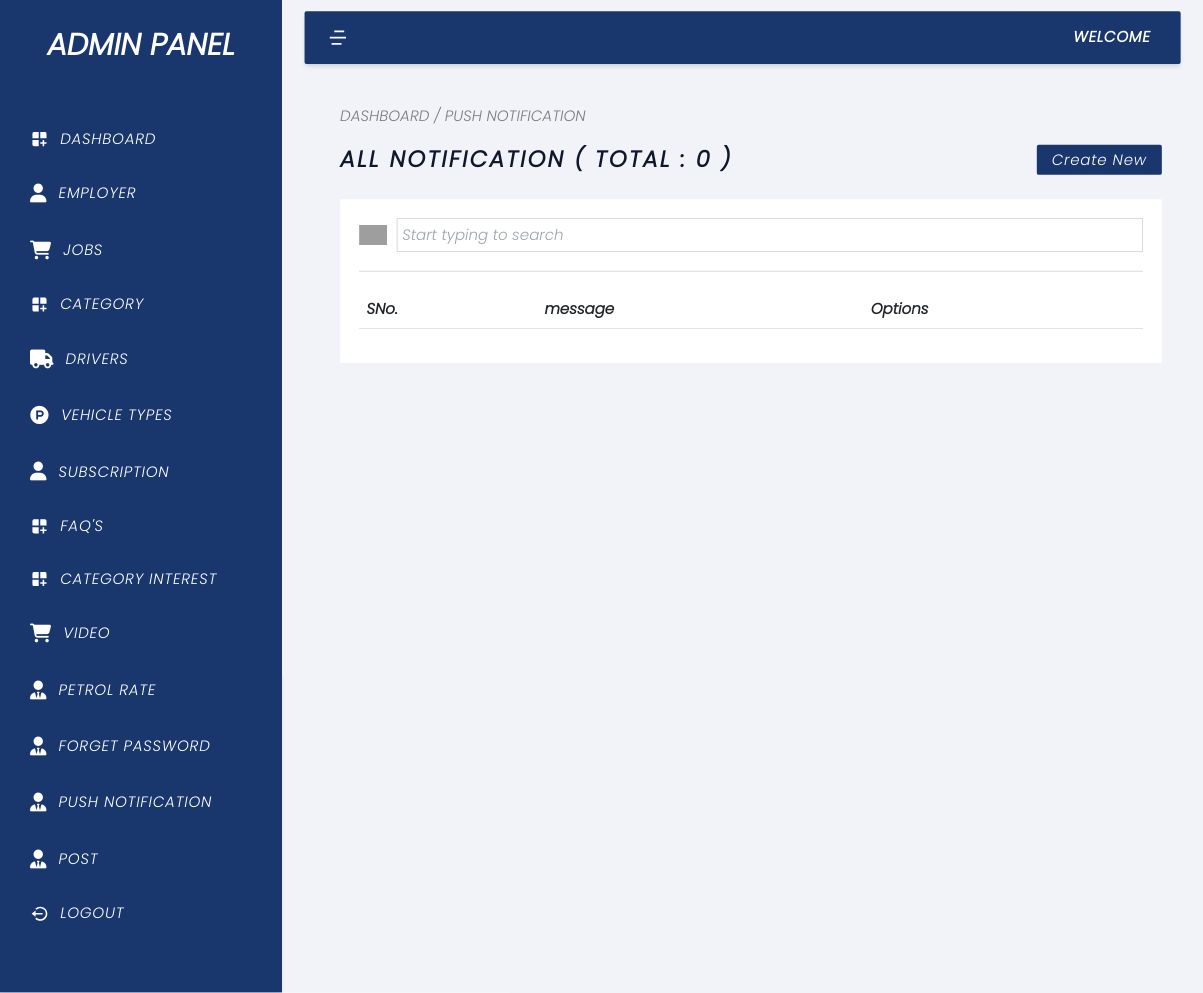
Repository: FlyweisReact/Grish-Job-Panel
Page: /notification
These files come from the project's save history. The page is drawn as it stood at one moment and after the next save; the edit follows.
The browser window is 1280 px wide. The pictures show the whole page, at 94% of full size.
Pictures or frames that could not be fetched are drawn as grey boxes. The page's requests for data from a server got no answer. Some web libraries are served in a nearby version. The project was rebuilt for these pictures with package versions that can differ from the ones it lists, and the page was loaded fresh each time. No one was signed in, and anything a server would have sent is missing. Also part of the build but not shown: src/E-CommerceAdmin/forms/Login.jsx, src/E-CommerceAdmin/pages/Dashboard.jsx, src/E-CommerceAdmin/pages/ECategory.js, src/E-CommerceAdmin/pages/EProduct.js, src/E-CommerceAdmin/pages/EAdminOrders.js, src/E-CommerceAdmin/pages/EAdminDelivery.js, src/E-CommerceAdmin/pages/EAdminCustomer.js, src/E-CommerceAdmin/pages/EAdmin.js and 8 more.

Above is the page before, as saved 2023-06-19 12:25:54.

### public/index.html
<!-- @format -->

<!DOCTYPE html>
<html lang="en">
  <head>
    <meta charset="utf-8" />
    <meta name="viewport" content="width=device-width, initial-scale=1" />
    <meta name="theme-color" content="#000000" />
    <meta
      name="description"
      content="Web site created using create-react-app"
    />
    <link rel="icon" href="%PUBLIC_URL%/favicon.png" />
    <link rel="preconnect" href="https://fonts.googleapis.com">
<link rel="preconnect" href="https://fonts.gstatic.com" crossorigin>
<link href="https://fonts.googleapis.com/css2?family=Roboto+Mono:ital,wght@1,300&display=swap" rel="stylesheet">
    <title>Gadi Driver</title>
  </head>
  <body>
    <noscript>You need to enable JavaScript to run this app.</noscript>
    <div id="root"></div>
    <script src="https://code.jquery.com/jquery-3.6.0.min.js"></script>
    <script src="https://kit.fontawesome.com/b533b351e4.js" crossorigin="anonymous"></script>
  </body>
</html>

### src/index.js
import React from "react";
import ReactDOM from "react-dom/client";
import "./index.css";
import App from "./App";
import { BrowserRouter } from "react-router-dom";
import 'bootstrap/dist/css/bootstrap.min.css'

const root = ReactDOM.createRoot(document.getElementById("root"));
root.render(
  <React.StrictMode>
    <BrowserRouter>
      <App />
    </BrowserRouter>
  </React.StrictMode>
);

### src/index.css
/** @format */

@tailwind base;
@tailwind components;
@tailwind utilities;

@import url("https://fonts.googleapis.com/css2?family=Roboto+Mono:ital,wght@1,300&display=swap");
@font-face {
  font-family: Roboto;
  src: url("./Fonts/Poppins-LightItalic.ttf");
}

body {
  margin: 0;
  font-family: Roboto !important;
  -webkit-font-smoothing: antialiased;
  -moz-osx-font-smoothing: grayscale;
}

code {
  font-family: Roboto !important;
}

html {
  font-family: Roboto !important;
}

::-webkit-scrollbar {
  width: 10px;
}
.fa-trash {
  color: red;
  cursor: pointer;
}

.iCOn {
  transition: 0.5s;
  box-shadow: none;
  transform: scale(1);
}
.cardDiv {
  cursor: pointer;
}

.cardDiv:hover .iCOn {
  box-shadow: rgba(0, 0, 0, 0.35) 0px 5px 15px;
  transform: scale(1.3);
}

/* Track */
::-webkit-scrollbar-track {
  background: #f1f1f1;
}

/* Handle */
::-webkit-scrollbar-thumb {
  background: #888;
}

/* Handle on hover */
::-webkit-scrollbar-thumb:hover {
  background: #555;
}
.profileImage {
  width: 100px;
}
.fa-eye {
  color: #029aff;
  cursor: pointer;
}
.fa-edit {
  cursor: pointer;
  color: blue;
}

.View {
  border: 1px solid black;
  width: 100%;
  padding: 10px;
}

.main-card--container {
  display: grid;
  grid-template-columns: repeat(3, minmax(300px, 500px));
  grid-gap: 50px;
  justify-content: space-around;
}
.card-container {
  margin: 25px 0 auto;
  box-shadow: rgba(0, 0, 0, 0.35) 0px 5px 15px;
  position: relative;
  display: grid;
  grid-template-columns: 1fr;
  justify-content: space-around;
  align-items: flex-start;
}

.myEdit:focus {
  box-shadow: rgba(0, 0, 0, 0.35) 0px 5px 15px;
}

.AstroLogin {
  color: #fff;
  background-color: #2b7a8e;
  padding: 10px;
  width: 380px;
  text-align: center;
  font-size: 20px;
  background: linear-gradient(to left, #2b7a8e 50%, #fff 50%) right;
  background-size: 200%;
  transition: 0.5s ease-out;
  border: 1px solid #2b7a8e;
  margin-top: 10px;
  text-transform: uppercase;
}
.AstroLogin:hover {
  background-position: left;
  color: #2b7a8e;
}

.EcommerceAdminLogin {
  color: #fff;
  background-color: #19376d;
  padding: 10px;
  width: 380px;
  text-align: center;
  font-size: 20px;
  background: linear-gradient(to left, #19376d 50%, #fff 50%) right;
  background-size: 200%;
  transition: 0.5s ease-out;
  border: 1px solid #19376d;
  margin-top: 10px;
  text-transform: uppercase;
}

.EcommerceAdminLogin:hover {
  background-position: left;
  color: #19376d;
}
.EcommerceVendorLogin {
  color: #fff;
  background-color: #576cbc;
  padding: 10px;
  width: 380px;
  text-align: center;
  font-size: 20px;
  background: linear-gradient(to left, #576cbc 50%, #fff 50%) right;
  background-size: 200%;
  transition: 0.5s ease-out;
  border: 1px solid #576cbc;
  margin-top: 10px;
  text-transform: uppercase;
}

.EcommerceVendorLogin:hover {
  background-position: left;
  color: #576cbc;
}

.view {
  background-color: #2196f3;
  color: #fff;
  width: 50%;
  padding: 5px;
}

.two-sec {
  display: flex;
  justify-content: space-evenly;
  justify-content: space-evenly;
}
.two-sec .left {
  width: 60%;
  background-color: #f6f1ef;
  padding: 20px;
}
.two-sec .left .head {
  font-size: 25px;
  font-weight: bold;
}

.two-sec .right {
  width: 30%;
  background-color: #f6f1ef;
}

.searchDiv {
  width: 100%;
  display: flex;
  gap: 10px;
  border: 1px solid rgb(179, 179, 179);
  padding: 10px;
  margin-bottom: 20px;
  align-items: center;
}
.searchDiv input {
  width: 94%;
  outline: none;
  border: none;
}

.flexCont {
  display: flex;
  align-items: center;
  gap: 10px;
}
.flexCont img {
  width: 60px;
  background-color: #e9ecef;
}

.blockContent {
  display: block;
}
.blockContent p {
  margin: 0;
}

.checkBox {
  width: 50px;
  height: 25px;
  background-color: #e9ecef;
  border-radius: 50px;
  position: relative;
  cursor: pointer;
}
.checkBox span {
  width: 20px;
  height: 20px;
  border-radius: 100%;
  background-color: #fff;
  position: absolute;
  left: 5px;
  top: 2px;
}
.ActivecheckBox {
  width: 50px;
  height: 25px;
  background-color: #0d6efd;
  border-radius: 50px;
  position: relative;
  cursor: pointer;
}
.ActivecheckBox span {
  width: 20px;
  height: 20px;
  border-radius: 100%;
  background-color: #fff;
  position: absolute;
  right: 5px;
  top: 2px;
}

.fa-eye {
  color: #0cba73;
  background-color: #d6f8e8;
  width: 40px;
  text-align: center;
  height: 40px;
  display: flex;
  border-radius: 100%;
  justify-content: center;
  padding-top: 10px;
  transition: 0.5s;
}

.fa-pen-to-square {
  color: #f4c39c;
  background-color: #ffebdb;
  width: 40px;
  text-align: center;
  height: 40px;
  display: flex;
  border-radius: 100%;
  justify-content: center;
  padding-top: 10px;
  cursor: pointer;
  transition: 0.5s;
}
.fa-trash {
  color: #df939f;
  background-color: #ffe1e8;
  width: 40px;
  text-align: center;
  height: 40px;
  display: flex;
  border-radius: 100%;
  justify-content: center;
  padding-top: 10px;
  cursor: pointer;
  transition: 0.5s;
}
.fa-trash:hover {
  transform: scale(1.2);
}
.fa-eye:hover {
  transform: scale(1.2);
}
.fa-pen-to-square:hover {
  transform: scale(1.2);
}
.required {
  color: #e74260;
}

.headP {
  margin-left: 2%;
  color: #7b7c7d;
  text-transform: uppercase;
}
.filterBox {
  display: flex;
  align-items: center;
  gap: 10px;
  border-bottom: 1px solid #d4d7dc;
  padding-bottom: 20px;
  margin-bottom: 20px;
}
.filterBox img {
  width: 30px;
}
.filterBox input {
  width: 100%;
  border: 1px solid #d4d7dc;
  outline: none;
  padding: 5px;
  color: black;
}
.sectionCont {
  width: 98%;
  background-color: #fff;
  margin-left: 2%;
  padding: 20px;
}

.overFlowCont {
  width: 100%;
  overflow-x: auto;
}

.logo {
  width: 300px;
  margin-bottom: 20px;
}

.updateProfile {
  margin-left: 20px;
  border: 1px solid #fff;
  border-radius: 100%;
  font-size: 1.2rem;
  padding: 10px;
  transition: 0.5s;
  cursor: pointer;
}
.updateProfile:hover {
  border: 1px solid #19376d;
  color: #19376d;
  background-color: #fff;
}

.Normalbtn {
  background-color: #19376d !important;
  border: 1px solid #19376d !important;
  border-radius: 0px !important;
}

.ImageCarousel {
  width: 150px !important;
  margin: 0px !important;
  height: 150px !important;
}
.CarouselImages {
  width: 150px !important;
  height: 150px !important;
}
.CarouselImages img {
  width: 100% !important;
  height: 100% !important;
}

.ModalCarousel {
  width: 100% !important;
  height: 500px !important;
}
.ModalCarousel {
  width: 100% !important;
  height: 500px !important;
}
.ModalCarousel img {
  width: 100% !important;
  height: 500px !important;
}

.gridCont {
  display: grid;
  grid-template-columns: auto auto auto;
  justify-content: space-evenly;
}
.gridCont div {
  width: 400px;
  height: 300px;
  box-shadow: rgba(0, 0, 0, 0.35) 0px 5px 15px;
  padding: 10px;
  position: relative;
  margin-top: 20px;
}
.gridCont div img {
  width: 100%;
}
.delete-Btn {
  width: 90%;
  margin-left: 2%;
  color: #c44b3f;
  border: 1px solid #c44b3f;
  position: absolute;
  bottom: 10px;
  transition: 0.5s;
  padding: 10px;
}

.delete-Btn:hover {
  background-color: #c44b3f;
  color: #fff;
}

.BannerCarousel {
  width: 300px;
  margin: 0px !important;
}
.BannerCarouselImage {
  width: 300px;
}
.BannerCarouselImage img {
  width: 100%;
}

.pagination {
  display: flex;
  justify-content: center;
  align-items: center;
  gap: 10px;
  margin-bottom: 20px;
}
.pagination button {
  border: 1px solid black;
  padding: 10px;
}

.activePage {
  background-color: #19376d;
  color: #fff;
  border: 1px solid #19376d !important;
}

.active {
  background-color: #fff;
  color: #19376d !important;
}
.prevBtn {
  background-color: #fff;
  color: #19376d;
  border: 1px solid #19376d !important;
  transition: 0.5s;
}

.prevBtn:hover,
.prevBtn:focus,
.prevBtn:active {
  background-color: #19376d;
  color: #fff;
  border: 1px solid #19376d !important;
}
.nextBtn {
  background-color: #fff;
  color: #19376d;
  border: 1px solid #19376d !important;
  transition: 0.5s;
}

.nextBtn:hover,
.nextBtn:focus,
.nextBtn:active {
  background-color: #19376d;
  color: #fff;
  border: 1px solid #19376d !important;
}

.dangerBox {
  position: relative;
}
.dangerBox i {
  position: absolute;
  top: 50%;
  left: 90%;
  transform: translate(-50%, -50%);
  cursor: pointer;
}

.Thrree {
  display: flex;
  justify-content: space-evenly;
  gap: 20px;
  flex-wrap: wrap;
  align-items: center;
  margin-bottom: 20px;
}
.Thrree img {
  position: absolute;
  width: 80%;
  top: 50%;
  left: 50%;
  transform: translate(-50%, -50%);
}
.Thrree div {
  position: relative;
  height: 300px;
  width: 200px;
}

### src/E-CommerceAdmin/pages/Notification.js

import React, { useEffect, useState } from "react";
import HOC from "../layout/HOC";
import { Table , Modal , Form   ,Button} from "react-bootstrap";
import {
  AddVehicleType,
  DeleteVehicleType,
} from "../../Repository/Employer";
import { toast } from "react-toastify";
import axios from "axios";



const Notification = () => {
    const [data, setData] = useState([]);
    const [modalShow, setModalShow] = useState(false);

    const fetchData = async () => {
      try {
        const { data } = await axios.get("https://gadi-driver-u8ym.vercel.app/api/v1/noti");
        setData(data.msg);
      } catch (e) {
        console.log(e);
      }
    };

    useEffect(() => {
      fetchData();
    }, []);

    const deleteHandler = async (id) => {
      try {
        const { data } = await DeleteVehicleType(id);
        toast.success(data.message);
        fetchData();
      } catch (e) {
        console.log(e);
      }
    };

    function MyVerticallyCenteredModal(props) {
      const [vehicletype, setVihcleType] = useState("");

      const postHandler = async (e) => {
        e.preventDefault();
        try {
          const { data } = await AddVehicleType(vehicletype);
          toast.success(` ${data.vehicletype} Created  `);
          fetchData();
          props.onHide();
        } catch (e) {
          console.log(e);
        }
      };

      return (
        <Modal
          {...props}
          size="lg"
          aria-labelledby="contained-modal-title-vcenter"
          centered
        >
          <Modal.Header closeButton>
            <Modal.Title id="contained-modal-title-vcenter">
              {" "}
              Create New Vehicle Type
            </Modal.Title>
          </Modal.Header>
          <Modal.Body>
            <Form onSubmit={postHandler}>
              <Form.Group className="mb-3">
                <Form.Label>Vehcile</Form.Label>
                <Form.Control
                  type="text"
                  onChange={(e) => setVihcleType(e.target.value)}
                />
              </Form.Group>
              <Button variant="outline-success" type="submit">
                Create
              </Button>
            </Form>
          </Modal.Body>
        </Modal>
      );
    }

    return (
      <>
      <MyVerticallyCenteredModal show={modalShow} onHide={() => setModalShow(false)} />
        <section style={{ padding: "20px" }}>
          <p className="headP">Dashboard / Push Notification </p>
          <div
            className="pb-4   w-full flex justify-between items-center"
            style={{ width: "98%", marginLeft: "2%" }}
          >
            <span
              className="tracking-widest text-slate-900 font-semibold uppercase"
              style={{ fontSize: "1.5rem" }}
            >
              All Notification ( Total : {data?.length} )
            </span>

            <button
              onClick={() => {
                setModalShow(true);
              }}
              className="md:py-2 px-3 md:px-4 py-1 rounded-sm bg-[#19376d] text-white tracking-wider"
            >
              Create New
            </button>
          </div>

          <section className="sectionCont">
            <div className="filterBox">
              <img
                src="https://t4.ftcdn.net/jpg/01/41/97/61/360_F_141976137_kQrdYIvfn3e0RT1EWbZOmQciOKLMgCwG.jpg"
                alt=""
              />
              <input type="search" placeholder="Start typing to search" />
            </div>

            <div className="overFlowCont">
              <Table>
                <thead>
                  <tr>
                    <th>SNo.</th>
                    <th>message</th>
                    <th>Options</th>
                  </tr>
                </thead>
                <tbody>
                  {data?.map((i, index) => (
                    <tr key={index}>
                      <td> #{index + 1} </td>
                      <td> {i.vehicletype} </td>
                      <td>
                        <span className="flexCont">
                          <i
                            className="fa-sharp fa-solid fa-trash"
                            onClick={() => deleteHandler(i._id)}
                          ></i>
                        </span>
                      </td>
                    </tr>
                  ))}
                </tbody>
              </Table>
            </div>
          </section>
        </section>
      </>
    );
  };

export default HOC(Notification)

### src/E-CommerceAdmin/layout/HOC.jsx
/** @format */

import React, { useState } from "react";
import Navbar from "./Navbar";
import Sidebar from "./Sidebar";

const HOC = (Wcomponenet) => {
  return function Component() {
    const [hamb, setHamb] = useState(false);
    return (
      <>
        <section
          className="flex overflow-x-hidden relative "
          style={{ backgroundColor: "#f2f3f8" }}
        >
          {/* Sidebar */}
          <div
            className={
              hamb
                ? " absolute top-0 z-30 md:w-auto shadow-md bg-slate-200  w-60 transition-all md:-left-full left duration-150  h-auto overflow-y-auto  left-0 "
                : " md:w-72 z-30 bg-slate-200  shadow-md  md:static absolute top-0 -left-full   transition-all duration-150  overflow-y-auto h-auto"
            }
            style={{ minWidth: "300px" }}
          >
            <Sidebar hamb={hamb} setHamb={setHamb} />
          </div>
          {/* Components & Navbar */}
          <div
            className={
              hamb
                ? " transition-all px-4 py-2  duration-150 w-full h-screen"
                : " w-full h-screen  px-4 py-2   z-50 transition-all duration-150 "
            }
            style={{ backgroundColor: "#f2f3f8" }}
          >
            <Navbar hamb={hamb} setHamb={setHamb} />
            <div className="my-6 text-#000 h-[87%] wcomp overflow-y-auto">
              {" "}
              <Wcomponenet />
            </div>
          </div>
        </section>
      </>
    );
  };
};

export default HOC;

### src/E-CommerceAdmin/layout/Navbar.jsx
/** @format */

import { RiMenu4Line } from "react-icons/ri";

const Navbar = ({ hamb, setHamb }) => {
  const AdminName = localStorage.getItem("AdminName")
  return (
    <>
      <div
        className={
          hamb
            ? "flex  w-full justify-between  my-1 rounded-sm  p-4 py-3 shadow-md items-center  bg-slate-200 space-x-4"
            : "flex  w-full justify-between my-1 rounded-sm  p-4 py-3 shadow-md items-center  bg-slate-200 space-x-4"
        }
        style={{ backgroundColor: "#19376d" }}
      >
        <RiMenu4Line
          onClick={() => setHamb(!hamb)}
          className="text-2xl font-bold text-gray-900 hover:scale-90 cursor-pointer"
          style={{ color: "#fff" }}
        />

        <section className="flex sm:ml-auto justify-end sm:w-full items-center space-x-2  pr-2">
          <figcaption className="tracking-wider pl-1 font-semibold">
            <div
              className="lg:text-base text-sm text-gray-900  uppercase"
              style={{ color: "#fff" }}
            >
              Welcome {AdminName}
            </div>
          </figcaption>
        </section>
      </div>
    </>
  );
};

export default Navbar;

### src/E-CommerceAdmin/layout/Sidebar.jsx
/** @format */

import React from "react";
import { RiCloseLine } from "react-icons/ri";
import { Link, useNavigate } from "react-router-dom";
import { BiLogOutCircle } from "react-icons/bi";
import { MdDashboardCustomize } from "react-icons/md";

const Sidebar = ({ hamb, setHamb }) => {
  const navigate = useNavigate();

  const nav = [
    {
      icon: <MdDashboardCustomize className="text-xl mr-3 rounded-full " />,
      link: "/dashboard ",
      name: "Dashboard",
    },
    {
      icon: <i className="fa-solid fa-user text-xl mr-3 rounded-full"></i>,
      link: "/Admin",
      name: "Employer",
    },
    {
      icon: (
        <i className="fa-solid fa-cart-shopping text-xl mr-3 rounded-full"></i>
      ),
      link: "/Customer",
      name: "Jobs",
    },

    {
      icon: <MdDashboardCustomize className="text-xl mr-3 rounded-full " />,
      link: "/Category",
      name: "Category",
    },
    {
      icon: <i className="fa-solid fa-truck  text-xl mr-3 rounded-full"></i>,
      link: "/Support",
      name: "Drivers",
    },

    {
      icon: (
        <i className="fa-brands fa-product-hunt text-xl mr-3 rounded-full"></i>
      ),
      link: "/Product",
      name: "Vehicle Types",
    },

    {
      icon: <i className="fa-solid fa-user text-xl mr-3 rounded-full"></i>,
      link: "/pushNotification",
      name: "Subscription",
    },

    {
      icon: <MdDashboardCustomize className="text-xl mr-3 rounded-full " />,
      link: "/coupon",
      name: "FAQ'S",
    },
    {
      icon: <MdDashboardCustomize className="text-xl mr-3 rounded-full " />,
      link: "/getMeThis",
      name: "Category Interest",
    },

    {
      icon: (
        <i className="fa-solid fa-cart-shopping text-xl mr-3 rounded-full"></i>
      ),
      link: "/Orders",
      name: "Video",
    },

    {
      icon: <i className="fa-solid fa-user-tie text-xl mr-3 rounded-full"></i>,
      link: "/privacy",
      name: "Petrol Rate",
    },
    {
      icon: <i className="fa-solid fa-user-tie text-xl mr-3 rounded-full"></i>,
      link: "/SubCategory",
      name: "Forget Password",
    },
    {
      icon: <i className="fa-solid fa-user-tie text-xl mr-3 rounded-full"></i>,
      link: "/notification",
      name: "Push Notification",
    },
    {
      icon: <i className="fa-solid fa-user-tie text-xl mr-3 rounded-full"></i>,
      link: "/post",
      name: "Post",
    },
  ];

  const logOut = () => {
    localStorage.clear();
    navigate("/");
  };

  return (
    <>
      <aside
        className="p-4 h-auto"
        style={{ backgroundColor: "#19376d", minHeight: "100vh" }}
      >
        {/* Top */}
        <div className="w-full md:hidden relative  p-2 mb-4">
          <RiCloseLine
            onClick={() => setHamb(!hamb)}
            className="text-3xl  absolute top-2 sm:hover:rotate-[228deg] transition-transform font-bold right-2 sm:hover:text-[22px] text-[rgb(241,146,46)] cursor-pointer"
          />
        </div>{" "}
        <figure className="flex  flex-col items-center">
          <span
            className="font-bold text-[#fff]"
            style={{
              fontSize: "2rem",
              textAlign: "center",
              textTransform: "uppercase",
            }}
          >
            {" "}
            ADMIN PANEL
          </span>
        </figure>
        <nav className="py-6">
          {nav.map((nav) => {
            return (
              <Link
                to={nav.link}
                key={nav.name}
                className=""
                style={{ textDecoration: "none", textTransform: "uppercase" }}
              >
                <span
                  className="flex my-3 items-center cursor-pointer text-gray-900    tracking-wider p-2 rounded-sm"
                  style={{ color: "#FFF" }}
                >
                  {nav.icon} {nav.name}
                </span>
              </Link>
            );
          })}
          <span
            className="flex my-3 items-center cursor-pointer text-gray-900    tracking-wider p-2 rounded-sm"
            onClick={() => logOut()}
            style={{ color: "#FFF", textTransform: "uppercase" }}
          >
            <BiLogOutCircle className="text-xl mr-3 rounded-full " /> LogOut
          </span>
        </nav>
      </aside>
    </>
  );
};

export default Sidebar;

Loaded but not shown: tailwind.config.js (common file); src/Repository/Employer.js (214 lines, source omitted); src/App.js (53 lines, source omitted)

After the next save:
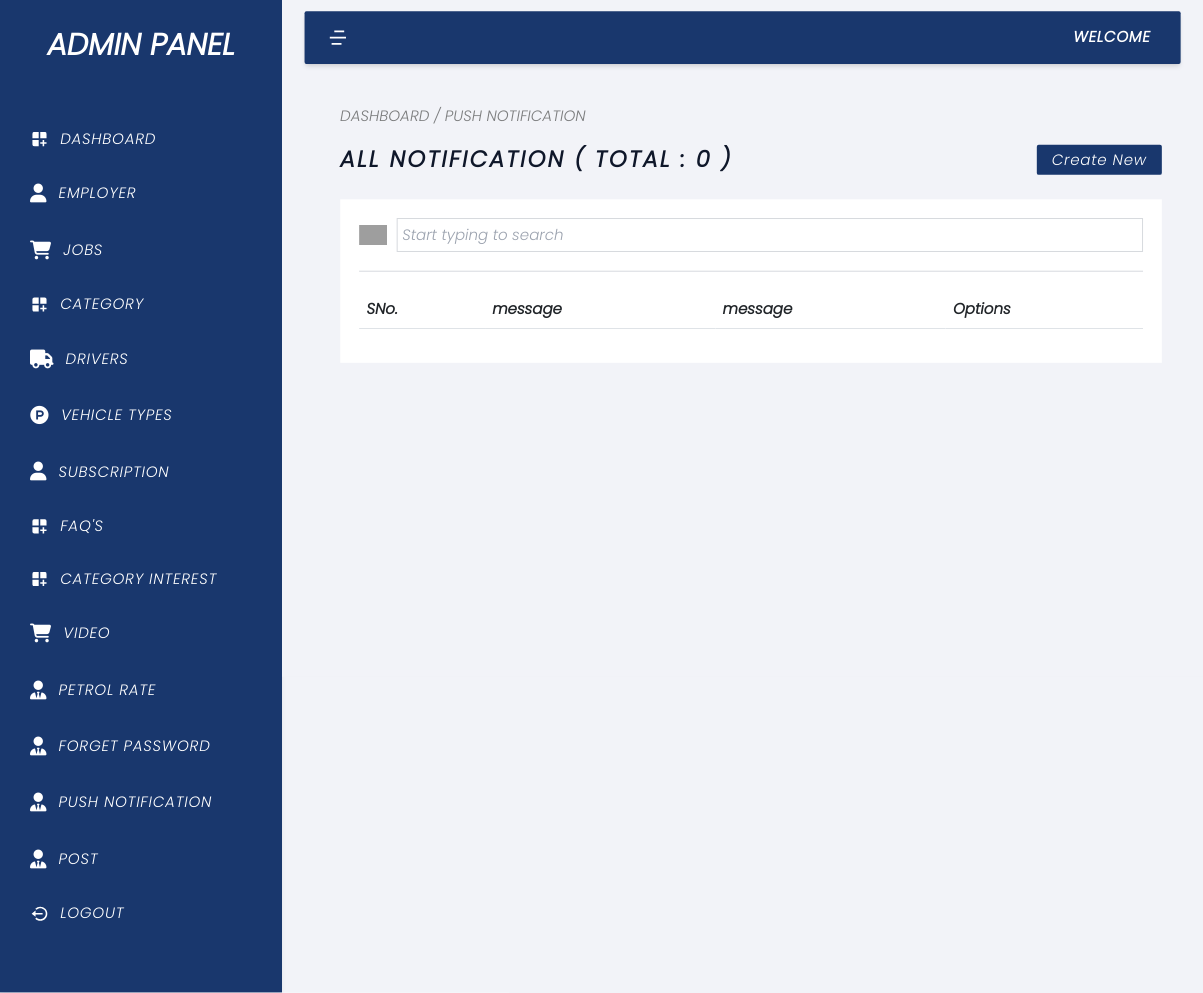
Saved 6 s later.
--- a/src/E-CommerceAdmin/pages/Notification.js
+++ b/src/E-CommerceAdmin/pages/Notification.js
@@ -125,6 +125,7 @@ const Notification = () => {
                   <tr>
                     <th>SNo.</th>
                     <th>message</th>
+                    <th>message</th>
                     <th>Options</th>
                   </tr>
                 </thead>
